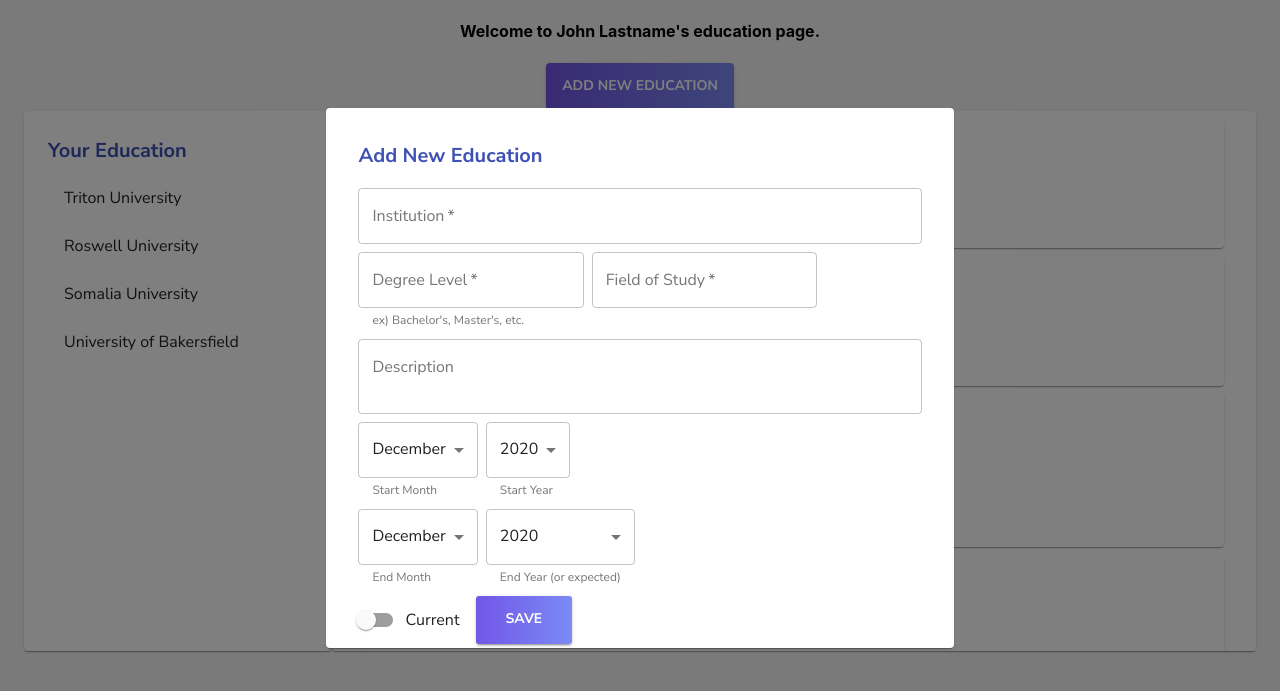
Repository: noellered/Showwcase-React-Challenge
Page: / (app in showwcase-education-react/), after clicking the first element matching `button.MuiButtonBase-root`
These files come from the project's save history. The page is drawn as it stood at one moment and after a run of saves; the edit follows.
The browser window is 1280 px wide. The pictures show the whole page.
The page's requests for data from a server got no answer. An inner scrolling area shows only its first screen. The project was rebuilt for these pictures with package versions that can differ from the ones it lists, and the page was loaded fresh each time. No one was signed in, and anything a server would have sent is missing. Also part of the build but not shown: showwcase-education-react/src/components/Home.tsx.

Above is the page before, as saved 2020-12-17 17:59:57.

After the next 2 saves:
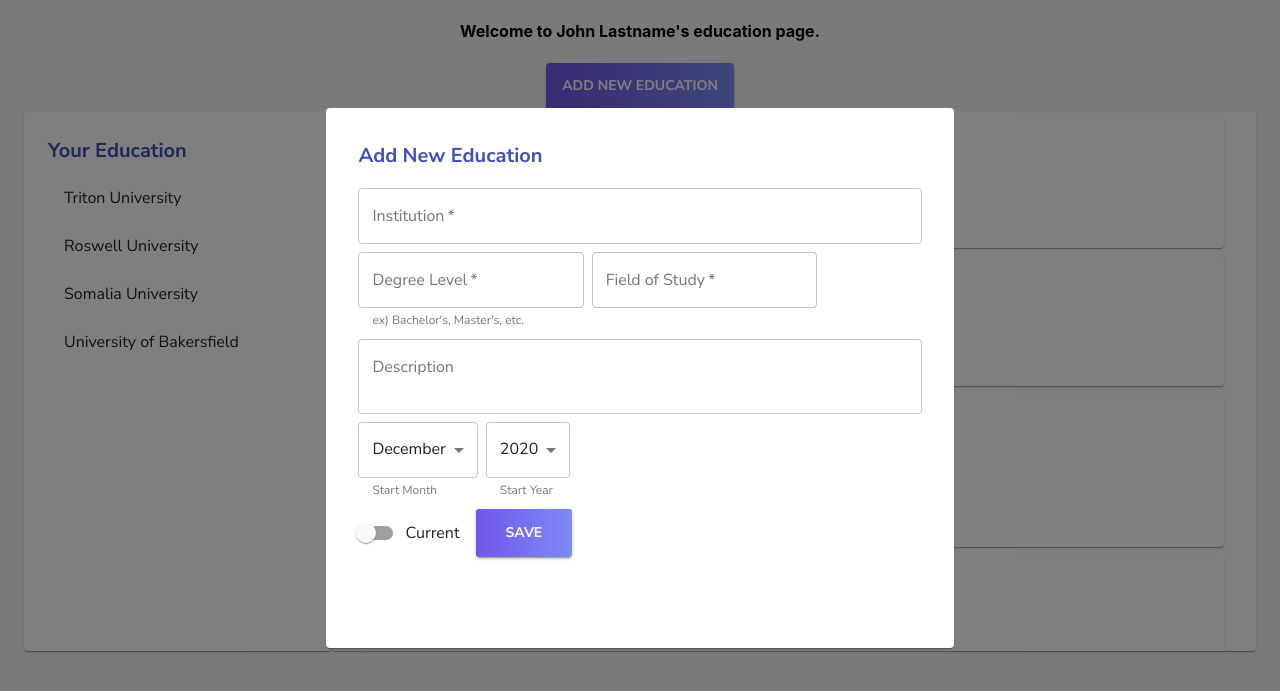
The 2 saves are shown as one change because they came seconds apart.
The last was saved 52 s later.
--- a/showwcase-education-react/src/components/education/EducationModalContent.tsx
+++ b/showwcase-education-react/src/components/education/EducationModalContent.tsx
@@ -178,10 +178,9 @@ const EducationModalContent:FunctionComponent<{handleUpdate: any}>= ({ handleUpd
                 <div className={classes.inputGroup}>
                     <MonthPicker className={`${classes.input} ${classes.mr}`} label="Start Month" id="startMonth" onChange={(e)=> setStart({...start, month: e.target.value})}/>
                     <YearPicker className={`${classes.input} ${classes.mr}`} label="Start Year" id="startYear" onChange={(e)=> setStart({...start, year: e.target.value})}/>
+
                 </div>
                 <div className={classes.inputGroup}>
-                    <MonthPicker className={`${classes.input} ${classes.mr}`} label="End Month" id="endMonth" onChange={(e)=> setEnd({...end, month: e.target.value})}/>
-                    <YearPicker className={`${classes.input} ${classes.mr}`} label="End Year (or expected)" id="endYear" onChange={(e)=> setEnd({...end, year: e.target.value})}/>
                 </div>
                 <FormControlLabel
                       control={<Switch checked={current} onChange={handleSwitch} name="current" color="secondary"/>}
